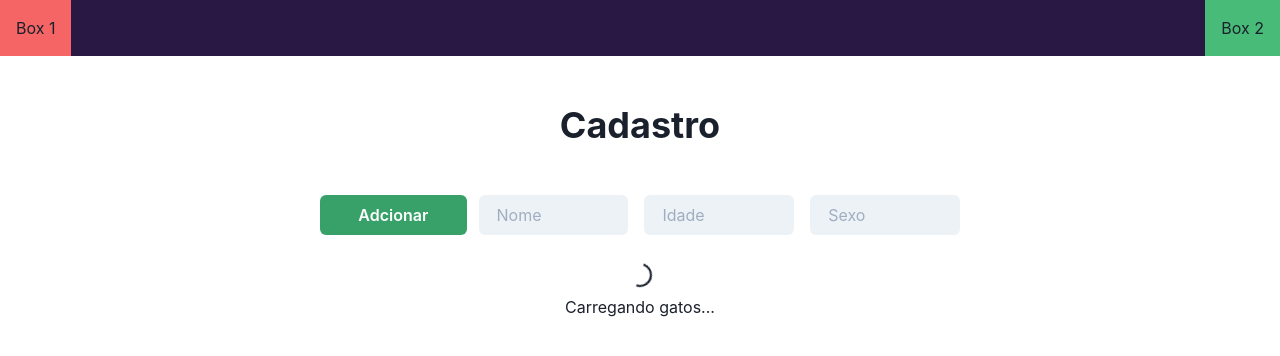
Repository: thislucasme/front-end-cats-react.js
Page: /cadastro
The author's editor kept a copy of each file at every save. The page is drawn from the files as they stood at one save, then again after the next save.
The browser window is 1280 px wide. The pictures show the whole page.
The page's requests for data from a server got no answer. The project was rebuilt for these pictures with package versions that can differ from the ones it lists, and the page was loaded fresh each time. No one was signed in, and anything a server would have sent is missing.

Above is the page before, as saved 2021-10-27 15:52:55.

After the next save:
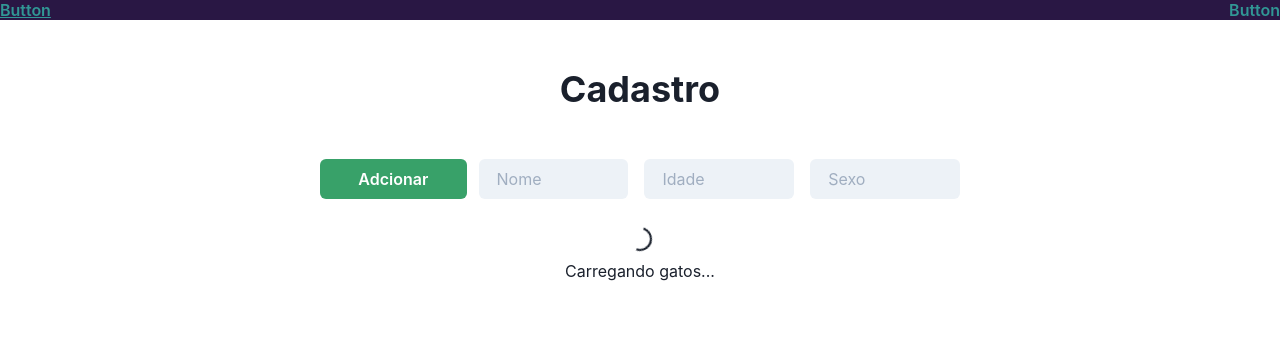
Saved 64 s later.
--- a/src/components/menu.tsx
+++ b/src/components/menu.tsx
@@ -1,16 +1,16 @@
-import { Box, Flex, Spacer } from "@chakra-ui/react";
+import { Box, Button, Flex, Spacer } from "@chakra-ui/react";
 import React from "react";
 export const Menu = () => {
 	return (
 		<>
 			<Flex bg={"#291744"} w={"full"}>
-				<Box p="4" bg="red.400">
-					Box 1
-				</Box>
+				<Button colorScheme="teal" variant="link">
+					Button
+				</Button>
 				<Spacer />
-				<Box p="4" bg="green.400">
-					Box 2
-				</Box>
+				<Button colorScheme="teal" variant="link">
+					Button
+				</Button>
 			</Flex>
 		</>
 	);
